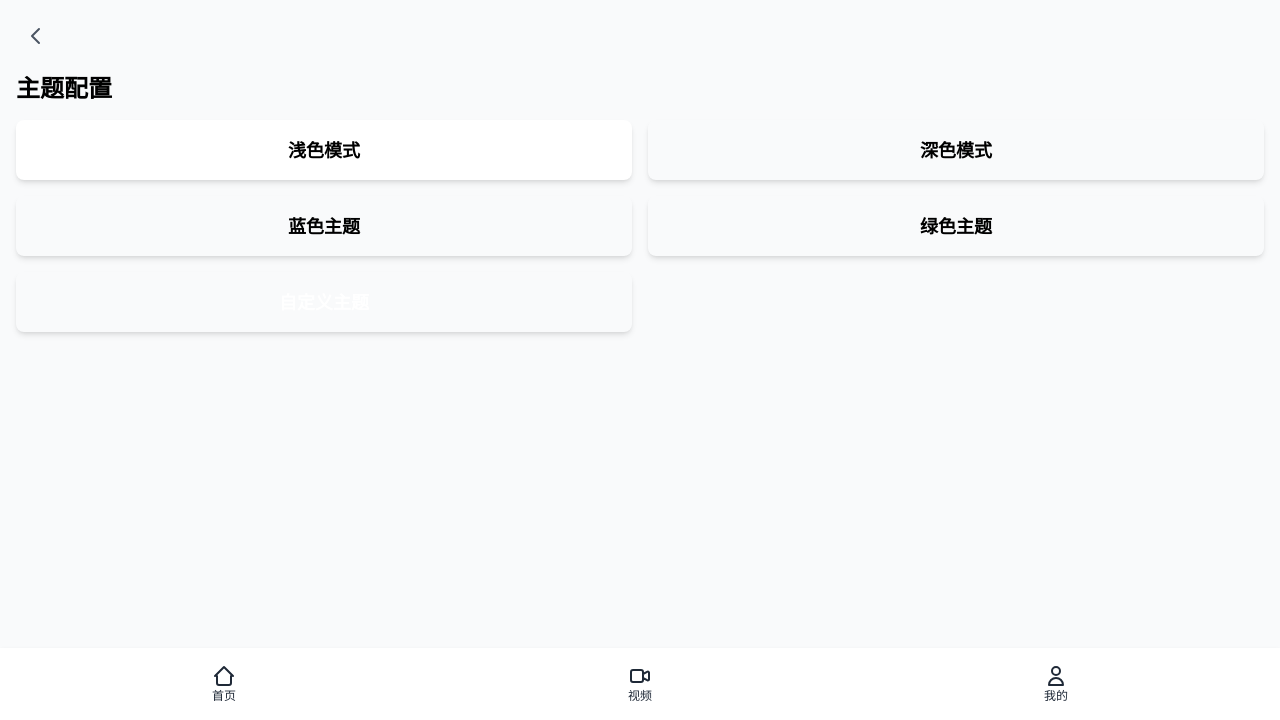
Repository: Look625/simpleNewsForAIRace
Page: /profile/theme-config
The author's editor kept a copy of each file at every save. The page is drawn from the files as they stood at one save, then again after the next save.
The browser window is 1280 px wide. The pictures show the whole page.
The project was rebuilt for these pictures with package versions that can differ from the ones it lists, and the page was loaded fresh each time. Also part of the build but not shown: vite.config.ts.

Above is the page before, as saved 2025-02-26 10:31:14.

### index.html
<!DOCTYPE html>
<html lang="en">
  <head>
    <meta charset="UTF-8" />
    <link rel="icon" type="image/svg+xml" href="/vite.svg" />
    <meta name="viewport" content="width=device-width, initial-scale=1.0" />
    <title>MyAPP</title>
  </head>
  <body>
    <div id="app"></div>
    <script type="module" src="/src/main.ts"></script>
  </body>
</html>

### src/main.ts
import { createApp } from 'vue'
import { createPinia } from 'pinia'
import App from './App.vue'
import router from './router'
import './index.css'
import './assets/theme.css'

const app = createApp(App)
app.use(createPinia())
app.use(router)
app.mount('#app')

### src/App.vue
<template>
  <div id="app">
    <router-view />
    <TabBar />
  </div>
</template>

<script setup lang="ts">
import TabBar from '@/components/TabBar.vue'
</script>

<style>
/* 这里可以添加全局样式 */
</style>

### src/router/index.ts
import { createRouter, createWebHistory } from 'vue-router'
import type { RouteRecordRaw } from 'vue-router'

const routes: RouteRecordRaw[] = [
  {
    path: '/',
    name: 'Home',
    component: () => import('@/views/Home.vue'),
    meta: {
      title: '首页'
    }
  },
  {
    path: '/video',
    name: 'Video',
    component: () => import('@/views/Video.vue'),
    meta: {
      title: '视频'
    }
  },
  {
    path: '/video/:id',
    name: 'VideoDetail',
    component: () => import('@/views/VideoDetail.vue'),
    meta: {
      title: '视频详情'
    }
  },
  {
    path: '/profile',
    name: 'Profile',
    component: () => import('@/views/Profile.vue'),
    meta: {
      title: '我的'
    }
  },
  {
    path: '/profile/edit',
    name: 'ProfileEdit',
    component: () => import('@/views/ProfileEdit.vue'),
    meta: {
      title: '编辑个人资料'
    }
  },
  {
    path: '/profile/theme-config',
    name: 'ThemeConfig',
    component: () => import('@/views/ThemeConfig.vue'),
    meta: {
      title: '主题配置'
    }
  },
  {
    path: '/article/:id',
    name: 'Article',
    component: () => import('@/views/Article.vue'),
    meta: {
      title: '文章详情'
    }
  }
]

const router = createRouter({
  history: createWebHistory(),
  routes,
  scrollBehavior(to, from, savedPosition) {
    if (savedPosition) {
      return savedPosition
    } else {
      return { top: 0 }
    }
  }
})

export default router

### src/index.css
@tailwind base;
@tailwind components;
@tailwind utilities;

html, body {
  height: 100%;
}

#app {
  min-height: 100%;
}

### src/assets/theme.css
/* 浅色主题 */
[data-theme='light'] {
  --bg-primary: theme('colors.white');
  --text-primary: theme('colors.gray.800');
}

/* 深色主题 */
[data-theme='dark'] {
  --bg-primary: theme('colors.gray.900');
  --text-primary: theme('colors.gray.100');
}

/* 蓝色主题 */
[data-theme='blue'] {
  --bg-primary: theme('colors.blue.50');
  --text-primary: theme('colors.blue.900');
}

/* 绿色主题 */
[data-theme='green'] {
  --bg-primary: theme('colors.green.50');
  --text-primary: theme('colors.green.900');
}

/* 自定义主题 */
[data-theme='custom'] {
  --bg-primary: var(--custom-background);
  --text-primary: var(--custom-text);
}

/* 应用主题颜色 */
body {
  background-color: var(--bg-primary);
  color: var(--text-primary);
}

.theme-primary {
  background-color: var(--custom-primary);
}

.theme-secondary {
  background-color: var(--custom-secondary);
}

/* 导航栏主题样式 */
[data-theme='light'] .tab-bar {
  --nav-bg: theme('colors.white');
  --nav-text: theme('colors.gray.500');
  --nav-active: theme('colors.blue.500');
}

[data-theme='dark'] .tab-bar {
  --nav-bg: theme('colors.gray.900');
  --nav-text: theme('colors.gray.400');
  --nav-active: theme('colors.blue.400');
}

[data-theme='blue'] .tab-bar {
  --nav-bg: theme('colors.blue.50');
  --nav-text: theme('colors.blue.600');
  --nav-active: theme('colors.blue.500');
}

[data-theme='green'] .tab-bar {
  --nav-bg: theme('colors.green.50');
  --nav-text: theme('colors.green.600');
  --nav-active: theme('colors.green.500');
}

[data-theme='custom'] .tab-bar {
  --nav-bg: var(--custom-background);
  --nav-text: var(--custom-text);
  --nav-active: var(--custom-primary);
}

### src/components/TabBar.vue
<template>
  <footer :class="['fixed bottom-0 left-0 right-0 shadow-md z-100', currentThemeClass]">
    <div class="flex justify-around p-4">
      <router-link to="/" class="flex flex-col items-center" active-class="text-blue-500">
        <svg class="w-6 h-6" fill="none" stroke="currentColor" viewBox="0 0 24 24">
          <path stroke-linecap="round" stroke-linejoin="round" stroke-width="2" d="M3 12l9-9 9 9M5 12v7a2 2 0 002 2h10a2 2 0 002-2v-7" />
        </svg>
        <span class="text-xs">首页</span>
      </router-link>
      <router-link to="/video" class="flex flex-col items-center" active-class="text-blue-500">
        <svg class="w-6 h-6" fill="none" stroke="currentColor" viewBox="0 0 24 24">
          <path stroke-linecap="round" stroke-linejoin="round" stroke-width="2" d="M15 10l4.553-2.276A1 1 0 0121 8.618v6.764a1 1 0 01-1.447.894L15 14M5 18h8a2 2 0 002-2V8a2 2 0 00-2-2H5a2 2 0 00-2 2v8a2 2 0 002 2z" />
        </svg>
        <span class="text-xs">视频</span>
      </router-link>
      <router-link to="/profile" class="flex flex-col items-center" active-class="text-blue-500">
        <svg class="w-6 h-6" fill="none" stroke="currentColor" viewBox="0 0 24 24">
          <path stroke-linecap="round" stroke-linejoin="round" stroke-width="2" d="M16 7a4 4 0 11-8 0 4 4 0 018 0zM12 14a7 7 0 00-7 7h14a7 7 0 00-7-7z" />
        </svg>
        <span class="text-xs">我的</span>
      </router-link>
    </div>
  </footer>
</template>

<script setup lang="ts">
import { computed } from 'vue'
import { useRoute } from 'vue-router'
import { useThemeStore } from '@/stores/theme'

const route = useRoute()
const themeStore = useThemeStore()
const currentThemeClass = computed(() => {
  switch (themeStore.currentTheme) {
    case 'light':
      return 'bg-white text-gray-800'
    case 'dark':
      return 'bg-gray-800 text-white'
    case 'blue':
      return 'bg-blue-500 text-white'
    case 'green':
      return 'bg-green-500 text-white'
    default:
      return 'bg-white text-gray-800'
  }
})
</script>

<style scoped>
footer {
  z-index: 100; /* 确保 TabBar 在其他内容之上 */
  box-shadow: 0 2px 4px rgba(0, 0, 0, 0.1); /* 添加阴影效果 */
}
</style>

### src/views/ThemeConfig.vue
<template>
  <div class="theme-config min-h-screen bg-gray-50 p-4">
    <!-- 返回按钮 -->
    <button @click="router.back()" class="mb-4 text-gray-600 hover:bg-gray-100 p-2 rounded-full">
      <svg class="w-6 h-6" fill="none" stroke="currentColor" viewBox="0 0 24 24">
        <path stroke-linecap="round" stroke-linejoin="round" stroke-width="2" d="M15 19l-7-7 7-7" />
      </svg>
    </button>

    <h1 class="text-2xl font-bold mb-4">主题配置</h1>
    <div class="grid grid-cols-2 gap-4">
      <button
        v-for="theme in themes"
        :key="theme.value"
        class="p-4 rounded-lg shadow-md transition-transform transform hover:scale-105"
        :style="{ background: theme.bgColor, color: theme.value === 'custom' ? 'white' : 'black' }"
        @click="applyTheme(theme.value)"
      >
        <h2 class="text-lg font-semibold">{{ theme.label }}</h2>
      </button>
    </div>
  </div>
</template>

<script setup lang="ts">
import { ref } from 'vue'
import { useRouter } from 'vue-router'
import { useThemeStore } from '@/stores/theme'

const router = useRouter()
const themeStore = useThemeStore()

const themes = ref([
  { label: '浅色模式', value: 'light', bgClass: 'bg-white text-gray-800', bgColor: 'white' },
  { label: '深色模式', value: 'dark', bgClass: 'bg-gray-800 text-white', bgColor: 'bg-gray-800' },
  { label: '蓝色主题', value: 'blue', bgClass: 'bg-blue-500 text-white', bgColor: 'bg-blue-500' },
  { label: '绿色主题', value: 'green', bgClass: 'bg-green-500 text-white', bgColor: 'bg-green-500' },
  { label: '自定义主题', value: 'custom', bgClass: 'theme-primary text-white', bgColor: 'theme-primary ' },
])

const applyTheme = (themeName: string) => {
  themeStore.saveThemeConfig(themeName, themeStore.customColors)
  console.log(`应用主题: ${themeName}`)
}
</script>

<style scoped>
.theme-config {
  background-color: #f9fafb; /* 背景色 */
}
</style>

### src/stores/theme.ts
import { defineStore } from 'pinia'

export type ThemeType = 'light' | 'dark' | 'blue' | 'green' | 'custom'

export interface ThemeOption {
  label: string
  value: ThemeType
  bgClass: string
  active: boolean
  order: number
}

export type ThemeColors = {
  primary: string
  secondary: string
  background: string
  text: string
}

interface ThemeState {
  currentTheme: ThemeType
  customColors: ThemeColors
  themeOptions: ThemeOption[]
}

const defaultCustomColors: ThemeColors = {
  primary: '#3b82f6',
  secondary: '#60a5fa',
  background: '#ffffff',
  text: '#1f2937'
}

const defaultThemeOptions: ThemeOption[] = [
  { label: '浅色模式', value: 'light', bgClass: 'bg-white text-gray-800', active: true, order: 0 },
  { label: '深色模式', value: 'dark', bgClass: 'bg-gray-800 text-white', active: true, order: 1 },
  { label: '蓝色主题', value: 'blue', bgClass: 'bg-blue-500 text-white', active: true, order: 2 },
  { label: '绿色主题', value: 'green', bgClass: 'bg-green-500 text-white', active: true, order: 3 },
  { label: '自定义主题', value: 'custom', bgClass: 'theme-primary text-white', active: true, order: 4 }
]

export const useThemeStore = defineStore('theme', {
  state: (): ThemeState => ({
    currentTheme: (localStorage.getItem('theme') as ThemeType) || 'light',
    customColors: JSON.parse(localStorage.getItem('customColors') || JSON.stringify(defaultCustomColors)),
    themeOptions: JSON.parse(localStorage.getItem('themeOptions') || JSON.stringify(defaultThemeOptions))
  }),
  getters: {
    activeThemes: (state) => {
      return state.themeOptions
        .filter(theme => theme.active)
        .sort((a, b) => a.order - b.order)
        .slice(0, 5)
    }
  },
  actions: {
    setTheme(theme: ThemeType) {
      this.currentTheme = theme
      document.documentElement.setAttribute('data-theme', theme)
      localStorage.setItem('theme', theme)

      // 应用主题颜色
      if (theme === 'light') {
        document.documentElement.style.setProperty('--bg-primary', '#ffffff');
        document.documentElement.style.setProperty('--text-primary', '#1f2937');
      } else if (theme === 'dark') {
        document.documentElement.style.setProperty('--bg-primary', '#1f2937');
        document.documentElement.style.setProperty('--text-primary', '#ffffff');
      } else if (theme === 'blue') {
        document.documentElement.style.setProperty('--bg-primary', '#3b82f6');
        document.documentElement.style.setProperty('--text-primary', '#ffffff');
      } else if (theme === 'green') {
        document.documentElement.style.setProperty('--bg-primary', '#22c55e');
        document.documentElement.style.setProperty('--text-primary', '#ffffff');
      }
    },
    saveThemeConfig(theme: ThemeType, colors: Partial<ThemeColors>) {
      this.setTheme(theme)
      this.setCustomColors(colors)
    },
    setCustomColors(colors: Partial<ThemeColors>) {
      this.customColors = { ...this.customColors, ...colors }
      localStorage.setItem('customColors', JSON.stringify(this.customColors))
      if (this.currentTheme === 'custom') {
        this.applyCustomColors()
      }
    },
    applyCustomColors() {
      const root = document.documentElement
      root.style.setProperty('--custom-primary', this.customColors.primary)
      root.style.setProperty('--custom-secondary', this.customColors.secondary)
      root.style.setProperty('--custom-background', this.customColors.background)
      root.style.setProperty('--custom-text', this.customColors.text)
    },
    updateThemeOptions(options: ThemeOption[]) {
      this.themeOptions = options
      localStorage.setItem('themeOptions', JSON.stringify(options))
    },
    toggleTheme(value: ThemeType) {
      const theme = this.themeOptions.find(t => t.value === value)
      if (theme) {
        theme.active = !theme.active
        localStorage.setItem('themeOptions', JSON.stringify(this.themeOptions))
      }
    },
    reorderThemes(fromIndex: number, toIndex: number) {
      const themes = [...this.themeOptions]
      const [removed] = themes.splice(fromIndex, 1)
      themes.splice(toIndex, 0, removed)
      themes.forEach((theme, index) => {
        theme.order = index
      })
      this.themeOptions = themes
      localStorage.setItem('themeOptions', JSON.stringify(themes))
    }
  }
})

### tailwind.config.js
/** @type {import('tailwindcss').Config} */
export default {
  content: [
    "./index.html",
    "./src/**/*.{vue,js,ts,jsx,tsx}",
  ],
  theme: {
    extend: {
      colors: {
        // 定义主题颜色
        primary: {
          light: '#ffffff',
          dark: '#1a1a1a',
          blue: '#3b82f6',
          green: '#22c55e'
        }
      }
    },
  },
  plugins: [],
}

After the next save:
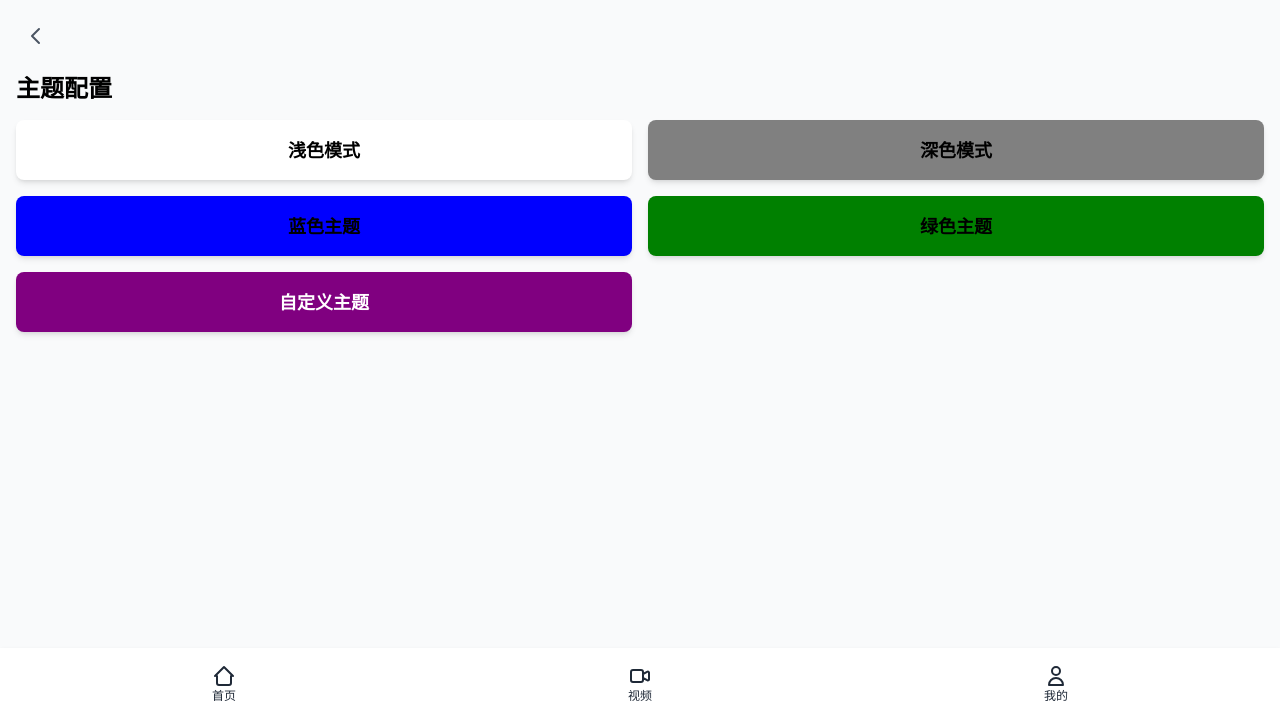
Saved 12 s later.
--- a/src/views/ThemeConfig.vue
+++ b/src/views/ThemeConfig.vue
@@ -32,10 +32,10 @@ const themeStore = useThemeStore()
 
 const themes = ref([
   { label: '浅色模式', value: 'light', bgClass: 'bg-white text-gray-800', bgColor: 'white' },
-  { label: '深色模式', value: 'dark', bgClass: 'bg-gray-800 text-white', bgColor: 'bg-gray-800' },
-  { label: '蓝色主题', value: 'blue', bgClass: 'bg-blue-500 text-white', bgColor: 'bg-blue-500' },
-  { label: '绿色主题', value: 'green', bgClass: 'bg-green-500 text-white', bgColor: 'bg-green-500' },
-  { label: '自定义主题', value: 'custom', bgClass: 'theme-primary text-white', bgColor: 'theme-primary ' },
+  { label: '深色模式', value: 'dark', bgClass: 'bg-gray-800 text-white', bgColor: 'gray' },
+  { label: '蓝色主题', value: 'blue', bgClass: 'bg-blue-500 text-white', bgColor: 'blue' },
+  { label: '绿色主题', value: 'green', bgClass: 'bg-green-500 text-white', bgColor: 'green' },
+  { label: '自定义主题', value: 'custom', bgClass: 'theme-primary text-white', bgColor: 'purple' },
 ])
 
 const applyTheme = (themeName: string) => {
